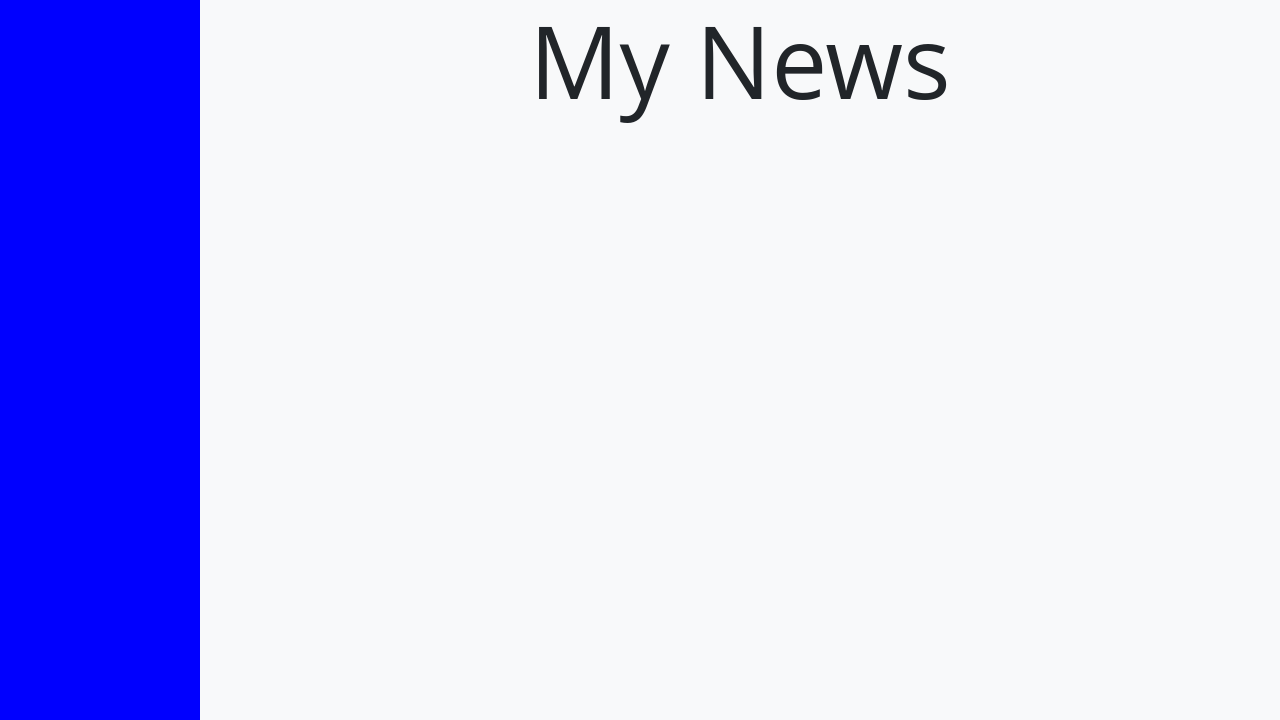
Repository: tts2610/GoogleNews
Page: index.html
These files come from the project's save history. The page is drawn as it stood at one moment and after the next save; the edit follows.
The browser window is 1280 px wide. The pictures show the whole page.
The page's requests for data from a server got no answer. Some web libraries are served in a nearby version.

Above is the page before, as saved 2020-05-20 17:41:55.

After the next save:
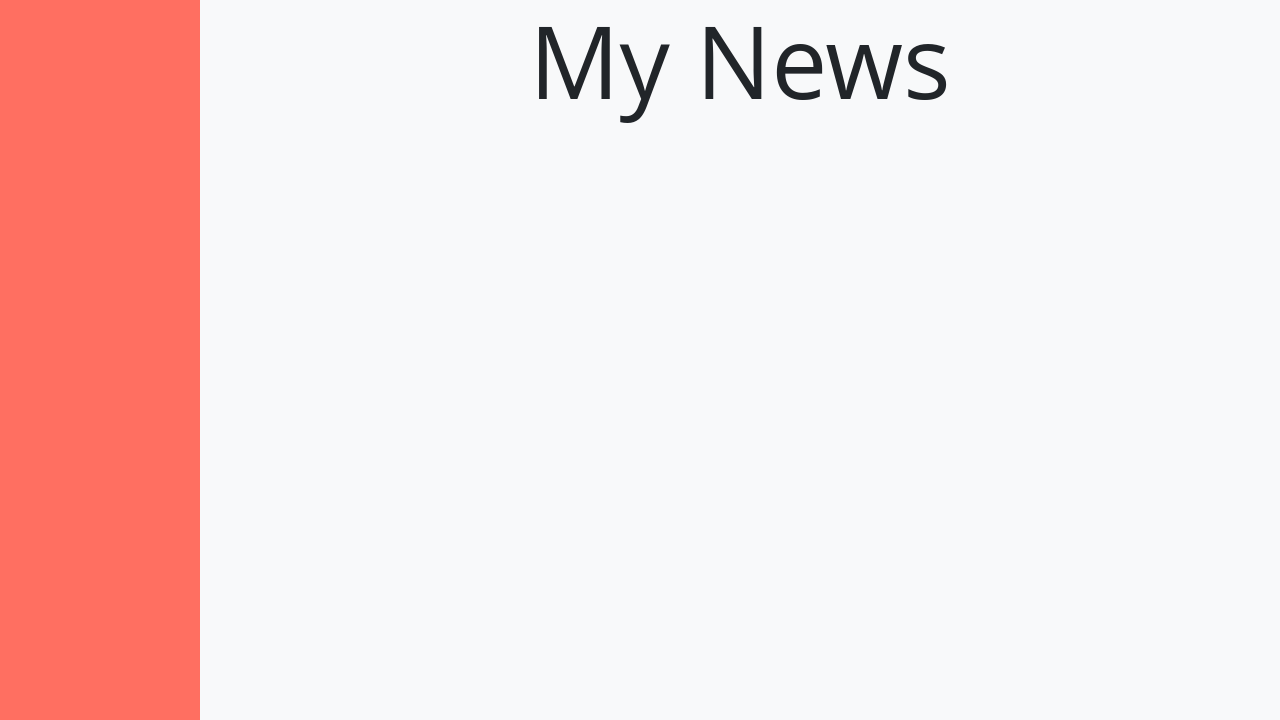
Saved 65 s later.
--- a/css/style.css
+++ b/css/style.css
@@ -13,7 +13,7 @@ body {
     width: 200px;
     float: left;
     position: relative;
-    background-color: blue;
+    background-color: #FF6F61;
 }
 
 .content {
